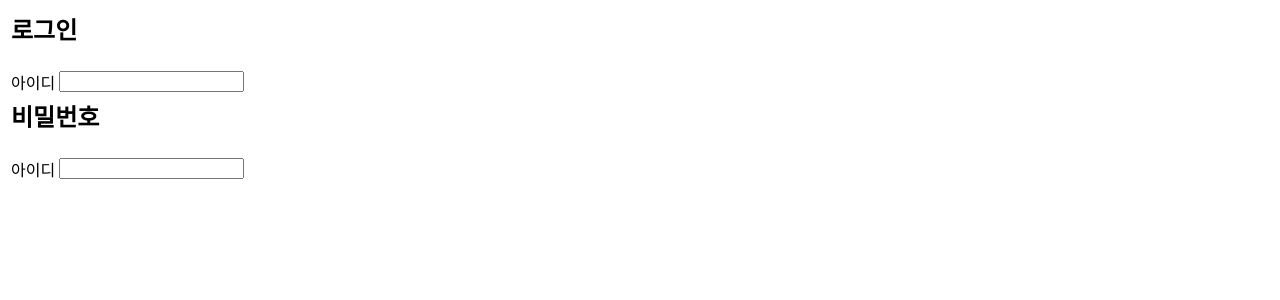
Repository: 99comcom/jsp-
Page: http://localhost/shop/user/login.jsp
The author's editor kept a copy of each file at every save. The page is drawn from the files as they stood at one save, then again after the next save.
The browser window is 1280 px wide. The pictures show the whole page.
The page is served by Tomcat 9. Nobody is signed in. The application's start-up code is not run.

Above is the page before, as saved 2022-08-22 00:11:21.

After the next save:
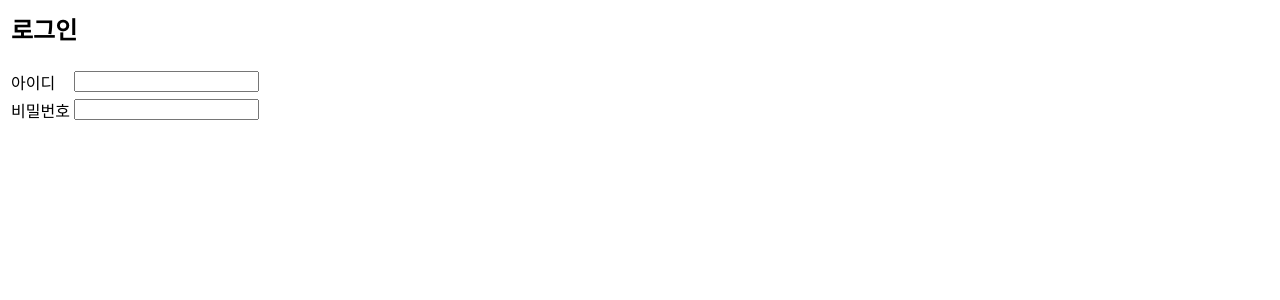
Saved 19 s later.
--- a/shop/src/main/webapp/user/login.jsp
+++ b/shop/src/main/webapp/user/login.jsp
@@ -10,12 +10,10 @@
 			<td>아이디</td>
 			<td><input type="text" name="uid"></td>
 		</tr>
-		<tr>
-			<td colspan="2"><h2>비밀번호</h2></td>
-		</tr>
+
 
 		<tr>
-			<td>아이디</td>
+			<td>비밀번호</td>
 			<td><input type="text" name="uid"></td>
 		</tr>
 
